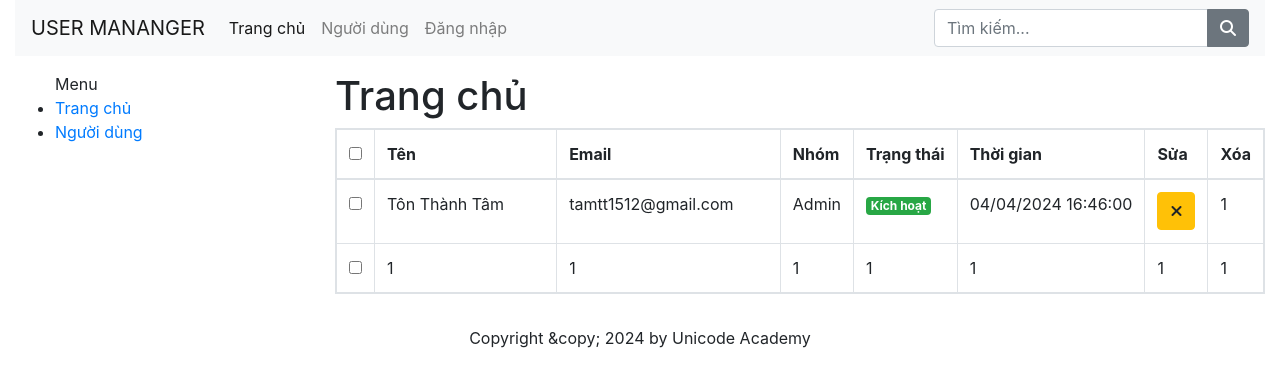
Repository: tam1512/USER_MANAGERMENT_MVC
Page: http://localhost/nguoi-dung
These files come from the project's save history. The page is drawn as it stood at one moment and after the next save; the edit follows.
The browser window is 1280 px wide. The pictures show the whole page.
The page is run by PHP 8.4 with error messages shown; the project is at /var/www/html/.

Above is the page before, as saved 2024-04-04 16:48:23.

After the next save:
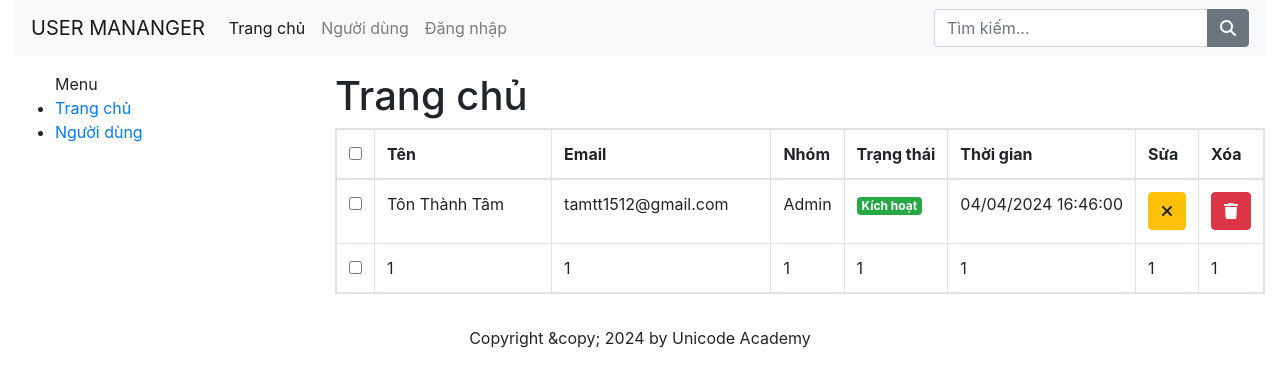
Saved 21 s later.
--- a/app/views/user/index.php
+++ b/app/views/user/index.php
@@ -22,7 +22,7 @@
             <td><p class="badge badge-success">Kích hoạt</p></td>
             <td>04/04/2024 16:46:00</td>
             <td><a href="#" class="btn btn-warning"><i class="fa fa-times"></i></a></td>
-            <td>1</td>
+            <td><a href="#" class="btn btn-danger"><i class="fa fa-trash"></i></a></td>
          </tr>
          <tr>
             <td><input type="checkbox" name="" id=""></td>
